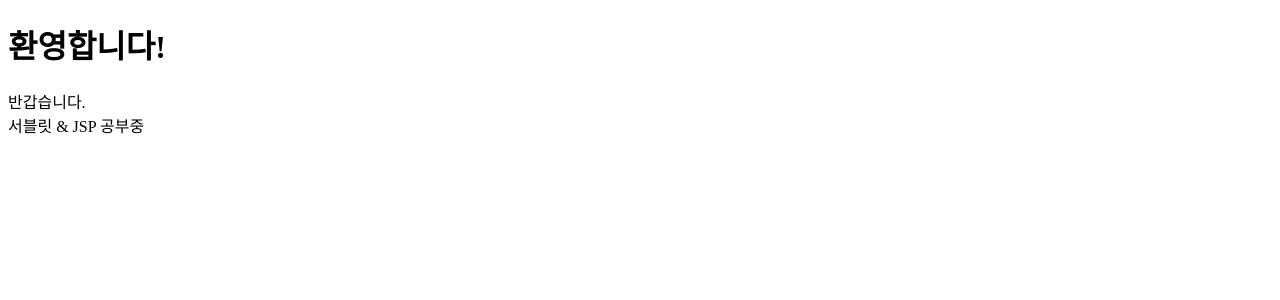
Repository: SeYoung1012/Bitcamp
Page: 60_web/01_Servlet/WebContent/index.html
These files come from the project's save history. The page is drawn as it stood at one moment and after the next save; the edit follows.
The browser window is 1280 px wide. The pictures show the whole page.

Above is the page before, as saved 2021-09-24 07:51:20.

### 60_web/01_Servlet/WebContent/index.html
<!DOCTYPE html>
<html>
<head>
<meta charset="UTF-8">
<title>Welcome</title>
</head>
<body>
	<h1> 환영합니다!</h1>
	<p> 반갑습니다. <br> 서블릿 & JSP 공부중</p>
</body>
</html>

After the next save:
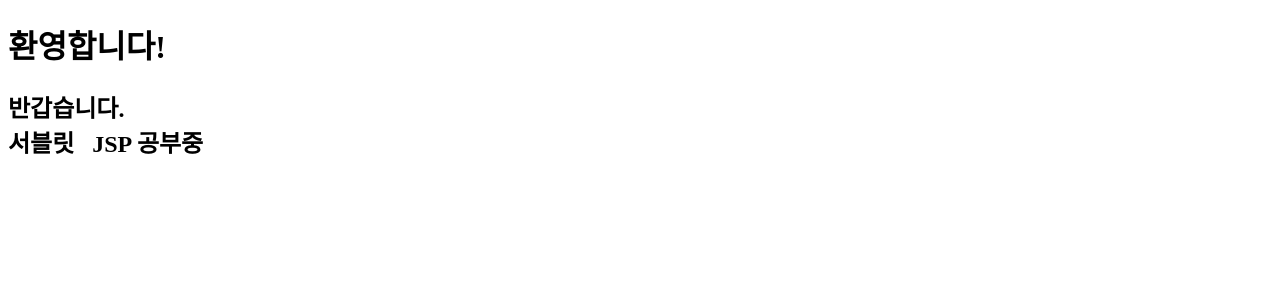
Saved 36 s later.
--- a/60_web/01_Servlet/WebContent/index.html
+++ b/60_web/01_Servlet/WebContent/index.html
@@ -6,6 +6,6 @@
 </head>
 <body>
 	<h1> 환영합니다!</h1>
-	<p> 반갑습니다. <br> 서블릿 & JSP 공부중</p>
+	<h2> 반갑습니다. <br> 서블릿 &nbsp; JSP 공부중</h2>
 </body>
 </html>
